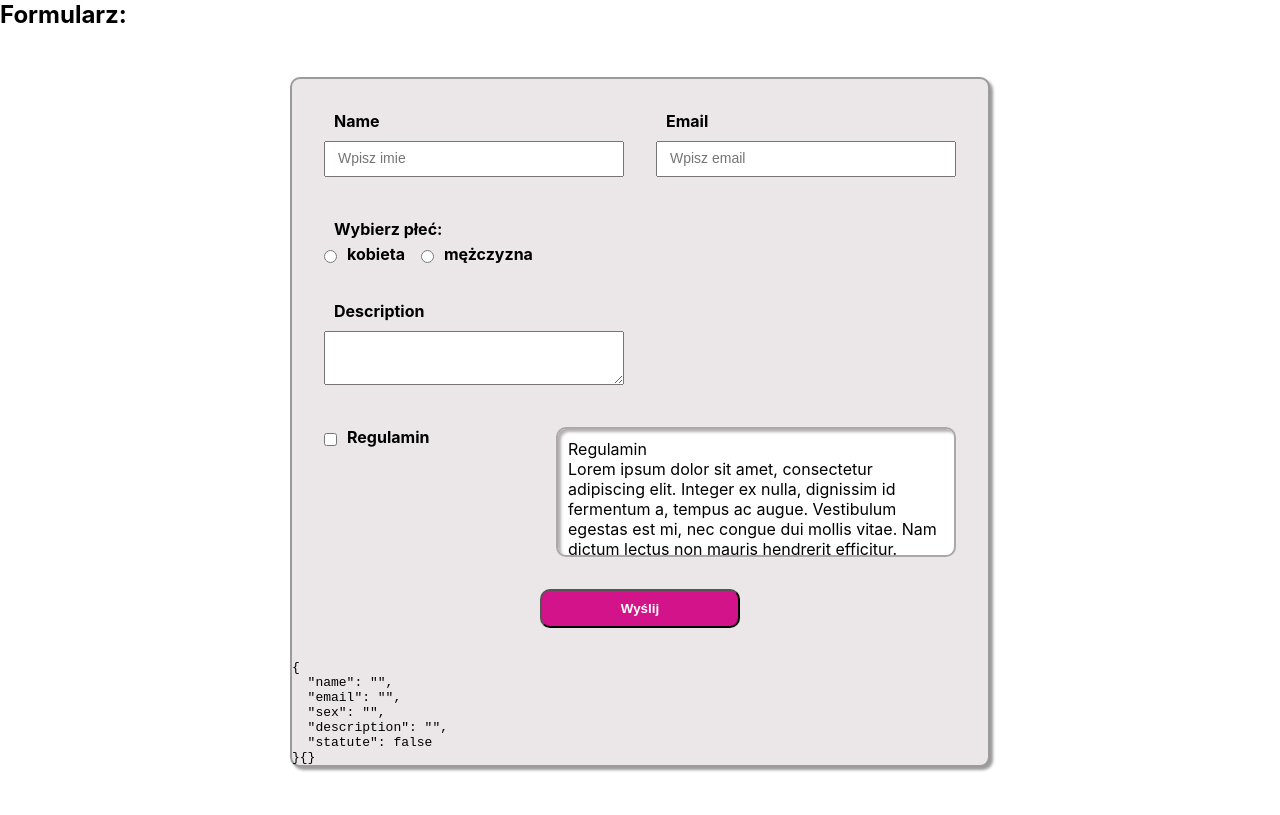
Repository: KrzysKolo/sr_tydzien4_zad3
Page: /
These files come from the project's save history. The page is drawn as it stood at one moment and after the next save; the edit follows.
The browser window is 1280 px wide. The pictures show the whole page.
The project was rebuilt for these pictures with package versions that can differ from the ones it lists, and the page was loaded fresh each time. Also part of the build but not shown: src/components/FormComponents/TextError.js.

Above is the page before, as saved 2020-11-19 14:23:07.

### src/App.js
import React from 'react';
import './App.css';
import FormikContainer from './components/Formik/FormikContainer';
import Header from './components/Header';
const App = () => {
  return (
    <main className="App">
      <Header />
      <FormikContainer />
    </main>
   );
}

export default App;

### src/App.css
* {
  margin: 0;
  padding: 0;
  box-sizing: border-box;
}
.form-wrapper {
  margin: 3rem auto;
  width: 700px;
  background-color: rgb(235, 231, 232);
  border: 2px solid rgb(155, 155, 155);
  border-radius: 10px;
  box-shadow: 3px 3px 3px rgb(155, 155, 155);
}
.section {
  display: flex;
  flex-direction: row;
  margin: 2rem 2rem;
  justify-content: space-between;
}
label {
  font-weight: bold;
  display: flex;
  margin-bottom: 5px;
  margin-left: 10px;
}
input[type="text"],
input[type="email"],
textarea {
  display: block;
  width: 300px;
  padding: 6px 12px;
  font-size: 14px;
  line-height: 1.4285;
  color: #555;
  margin: 10px 0;
}
.error {
  color: red;
}
.row {
  display: flex;
  flex-direction: row;
  align-items: center;
  margin-right: 1rem;
}
.statute {
  border: 2px solid rgb(170, 169, 169);
  border-radius: 10px;
  box-shadow: inset 3px 3px 3px rgb(181, 177, 178);
  background: #ffffff;
  height: 130px;
  width: 400px;
  padding: 10px;
  overflow: auto;
}
.btn-send {
  background-color: rgba(211, 19, 137, 1);
  border-radius: 10px;
  color: white;
  cursor: pointer;
  font-weight: bold;
  margin: 0 auto;
  padding: 10px;
  width: 200px;
  transition: all 0.3s ease-in-out;
}
.btn-send:hover {
  background-color: rgba(211, 19, 137, 0.5);
}

### src/components/Formik/FormikContainer.js
import React from 'react';
import { Formik, Form } from 'formik';
import * as yup from 'yup';
import FormikControl from './FormikControl';
import RadioOptions from './../../data/RadioOptions';

const FormikContainer = () => {
    const initialValues = {
        name: '',
        email: '',
        sex: '',
        description: '',
        statute: false,
    }

    const validationSchema = yup.object({
        name: yup.string().required("Imię jest obowiązkowe!").min(2,"Twóje imię musi mieć więcej niż 2 znaki!").max(30,'Twoje imię może mieć maxymalnie 30 znaków!'),
        email: yup.string().required("Email jest wymagany!").email("Adres zawiera błędy"),
        sex: yup.string().required('Zaznacz jedną wartość!'),
        description: yup.string().required('Wpisz kilka słów!').min(2, "Wpisz co najmniej 2 znaki").max(100, "Możesz wpisać max. 250 znaków"),
        statute: yup.boolean().required().oneOf([true], 'Musisz zaznaczyć regulamin!'),
    });

    const onSubmit = values => {console.log('Form data: ', values)};
    return (
        <Formik
            initialValues={initialValues}
            validationSchema={validationSchema}
            onSubmit={onSubmit}
        >
            { ({formik, values, errors}) => (
                <Form className="form-wrapper">
                    <section className="section">
                        <FormikControl control='input' type='text' label='Name' name='name' placeholder="Wpisz imie"/>
                        <FormikControl control='input' type='email' label='Email' name='email' placeholder="Wpisz email"/>
                    </section>
                    <section className="section">
                        <FormikControl control='radio' label='Wybierz płeć: ' name='sex' options={RadioOptions}/>
                    </section>
                    <section className="section">
                        <FormikControl control='textarea' label='Description' name='description'/>
                    </section>
                    <section className="section">
                        <FormikControl control='checkbox' label='Regulamin' name='statute'/>
                        <div className="statute">
                            Regulamin<br/>
                            <p>Lorem ipsum dolor sit amet, consectetur adipiscing elit. Integer ex nulla, dignissim id fermentum a, tempus ac augue. Vestibulum egestas est mi, nec congue dui mollis vitae. Nam dictum lectus non mauris hendrerit efficitur. Donec imperdiet nec nibh et interdum. Fusce ornare consequat sapien. Pellentesque rhoncus tempor vulputate. Aliquam eu diam laoreet, tincidunt nulla ut, dignissim turpis. Aliquam est ante, luctus sed felis et, iaculis sollicitudin tellus. Cras congue tincidunt viverra. Sed vestibulum faucibus lacus, eu dictum lorem porta id. Praesent a placerat ligula. Vestibulum faucibus ornare erat, id elementum est vehicula eu. Nunc pulvinar dolor lacus. Vestibulum dapibus efficitur orci, ac rhoncus augue auctor ut.</p>
                        </div>
                    </section>
                    <section className="section">
                         <button className="btn-send" type="submit">Wyślij</button>
                    </section>
                    <pre>
                        {JSON.stringify(values, null, 2)}
                        {JSON.stringify(errors, null, 2)}

                    </pre>

                </Form>
            )

            }

        </Formik>
    )
}
export default FormikContainer;

### src/components/Header.js
import React from 'react';
const Header = () => {
    return (
        <section className="header">
            <h2>Formularz: </h2>
        </section>
     );
}

export default Header;

### src/components/Formik/FormikControl.js
import { Input, Radio, Checkbox, TextArea } from './../FormComponents/';


const FormikControl = (props) => {
    const { control, ...rest } = props;
    switch(control) {
        case 'input': return <Input {...rest} />
        case 'radio': return <Radio {...rest} />
        case 'textarea': return <TextArea {...rest} />
        case 'checkbox': return <Checkbox {...rest} />
        default: return null
    }
}

export default FormikControl;

### src/data/RadioOptions.js
const RadioOptions=[
    { id: 0, value: "kobieta", label: 'kobieta' },
    { id: 1, value: "mężczyzna", label: 'mężczyzna' },
   ];
export default RadioOptions;

### src/components/FormComponents/index.js
export { default as Input } from "./Input";
export { default as Radio } from "./Radio";
export { default as Checkbox } from "./Checkbox";
export { default as TextArea } from "./TextArea";

### src/components/FormComponents/Input.js
import React from 'react';
import{ Field, ErrorMessage } from 'formik';
import TextError from './TextError';

const Input = (props) => {
    const { label, name, ...rest } = props;
    return (
        <div className="form-control">
             <label htmlFor={name}>{label}</label>
            <Field id={name} name={name} {...rest} />
            <ErrorMessage name={name} component={TextError} />
        </div>
     );
}

export default Input;

### src/components/FormComponents/Radio.js
import React from 'react';
import{ Field, ErrorMessage } from 'formik';
import TextError from './TextError';

const Radio = (props) => {
    const { label, name, options, ...rest } = props;
    return (
        <div className="form-control">
            <label htmlFor={name}>{label}</label>
            <div className="row">
                <Field name={name} {...rest}>
                    {
                    ({ field }) => {
                        return options.map(option => {
                            return (
                                <div className="row" key={option.id} >
                                    <input type='radio' id={option.id} {...field} value={option.value} checked={field.value === option.value}/>
                                    <label htmlFor={option.id}>{option.label}</label>
                                </div>
                            )
                        })
                    }
                    }
                </Field>
            </div>
            <ErrorMessage name={name} component={TextError} />
        </div>
     );
}

export default Radio;

### src/components/FormComponents/Checkbox.js
import React from 'react';
import{ Field, ErrorMessage } from 'formik';
import TextError from './TextError';

const Checkbox = (props) => {
    const { label, name, ...rest } = props;
    return (
        <div className="form-control">
            <div className="row">
                <Field type='checkbox' id={name} name="statute" {...rest}/>
                <label htmlFor={name}>{label}</label>
            </div>
            <ErrorMessage name={name} component={TextError} />
        </div>
     );
}

export default Checkbox;

### src/components/FormComponents/TextArea.js
import React from 'react';
import{ Field, ErrorMessage } from 'formik';
import TextError from './TextError';

const TextArea = (props) => {
    const { label, name, ...rest } = props;
    return (
        <div className="form-control">
            <label htmlFor={name}>{label}</label>
            <Field as ='textarea' id={name} name={name} {...rest} />
            <ErrorMessage name={name} component={TextError} />
        </div>
     );
}

export default TextArea;

Loaded but not shown: public/index.html (common file); src/index.js (common file); src/index.css (common file)

After the next save:
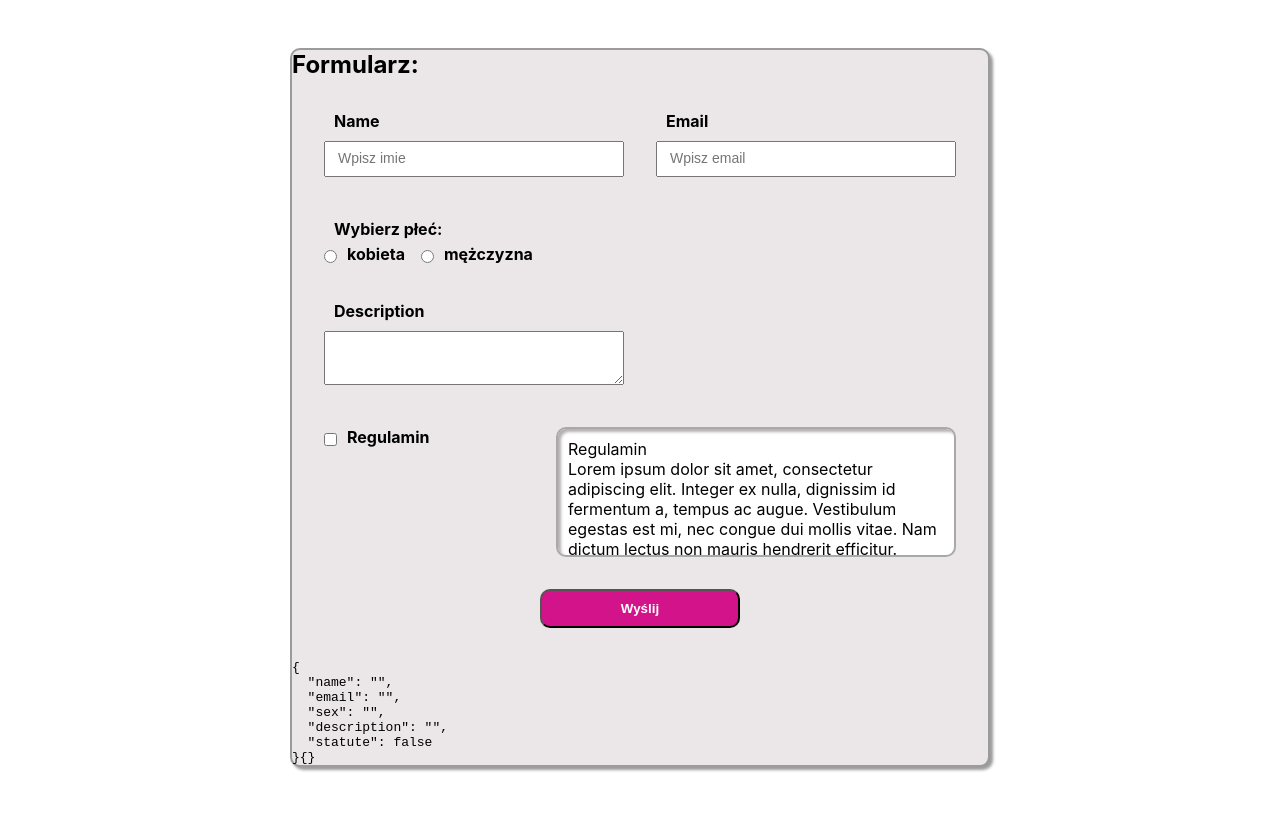
Saved 56 s later.
--- a/src/App.css
+++ b/src/App.css
@@ -3,7 +3,7 @@
   padding: 0;
   box-sizing: border-box;
 }
-.form-wrapper {
+.App {
   margin: 3rem auto;
   width: 700px;
   background-color: rgb(235, 231, 232);
